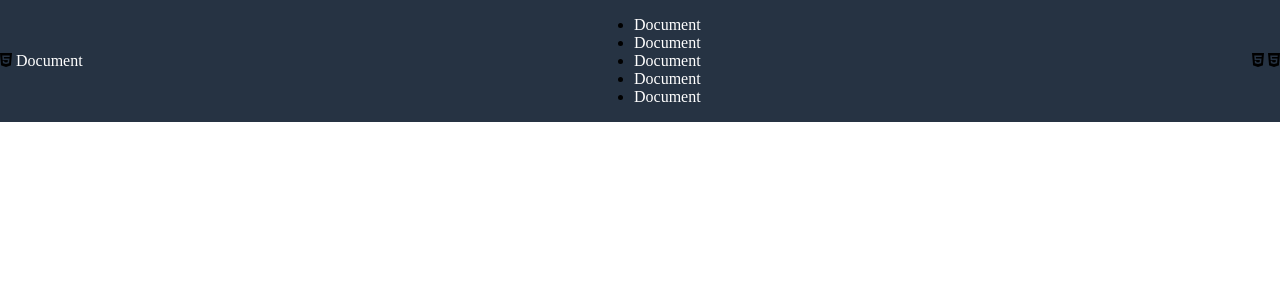
Repository: GoodHoneyCake/Dream_Coding_Academy2
Page: index.html
An editor plug-in stored every save of this project. The page is shown before and after the next save, followed by the edit.
The browser window is 1280 px wide. The pictures show the whole page.
Some web libraries are served in a nearby version.

Above is the page before, as saved 2021-01-07 16:26:36.

After the next save:
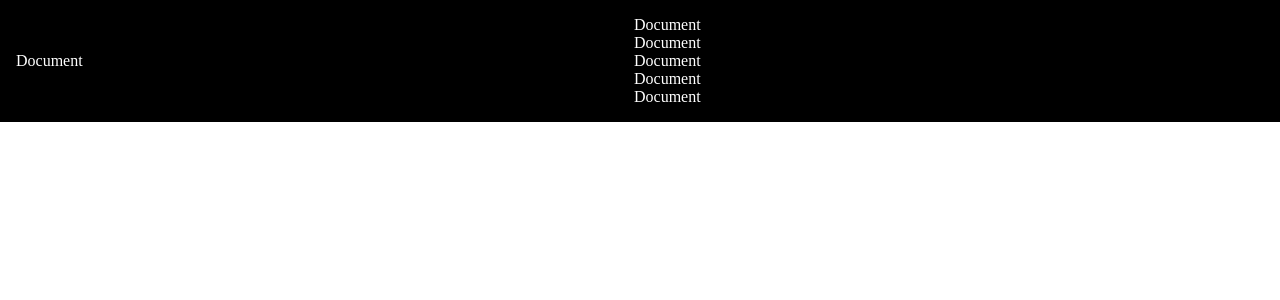
Saved 6 s later.
--- a/style.css
+++ b/style.css
@@ -11,5 +11,5 @@
   display: flex;
   justify-content: space-between;
   align-items: center;
-  background-color: #263343;
+  background-color: black;
 }
